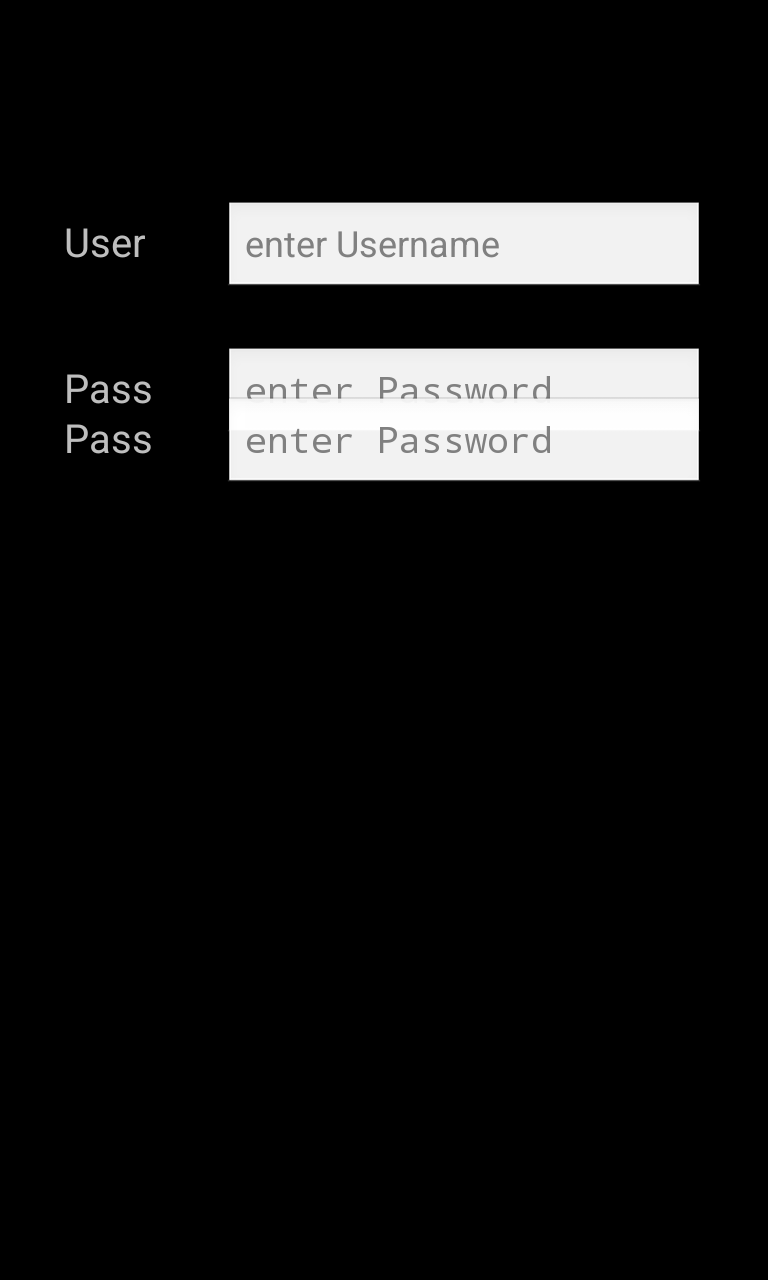
Repository: frebblegameteam/FrebbleApp
Layout: Frebble/libs/res/layout/activity_sign_up.xml
These files come from the project's save history. The layout is drawn as it stood at one moment and after the next save; the edit follows.
It is drawn on a 768 x 1280 px phone screen (xhdpi) without system bars, with theme android:Theme; the app's code is not run.

Above is the layout before, as saved 2014-09-19 08:07:14.

After the next save:
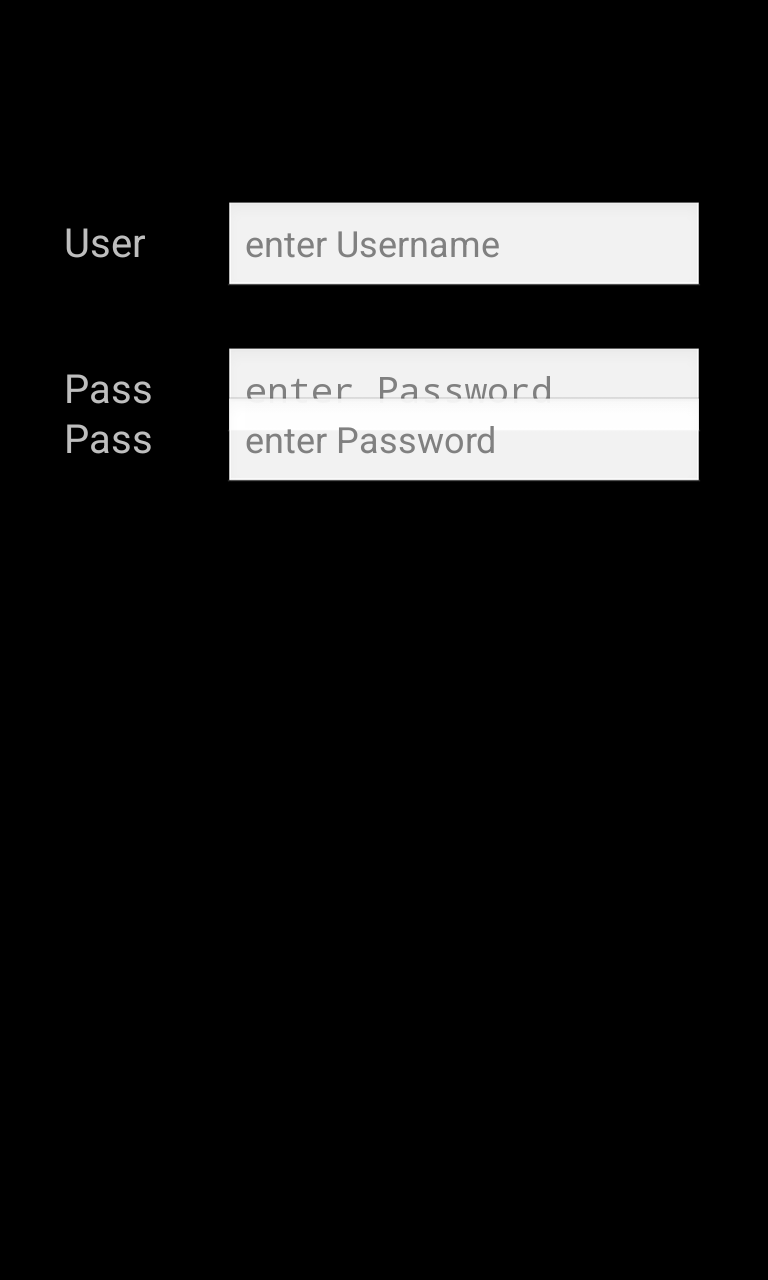
Saved 12 s later.
--- a/Frebble/libs/res/layout/activity_sign_up.xml
+++ b/Frebble/libs/res/layout/activity_sign_up.xml
@@ -61,7 +61,7 @@
         	android:text="@string/Password"/>
 
         <EditText android:id="@+id/emailField"
-            android:inputType="textPassword"
+            android:inputType="textEmail"
             android:layout_width="0dp"
         	android:layout_weight="3"
         	android:layout_height="wrap_content"

After the save that followed:
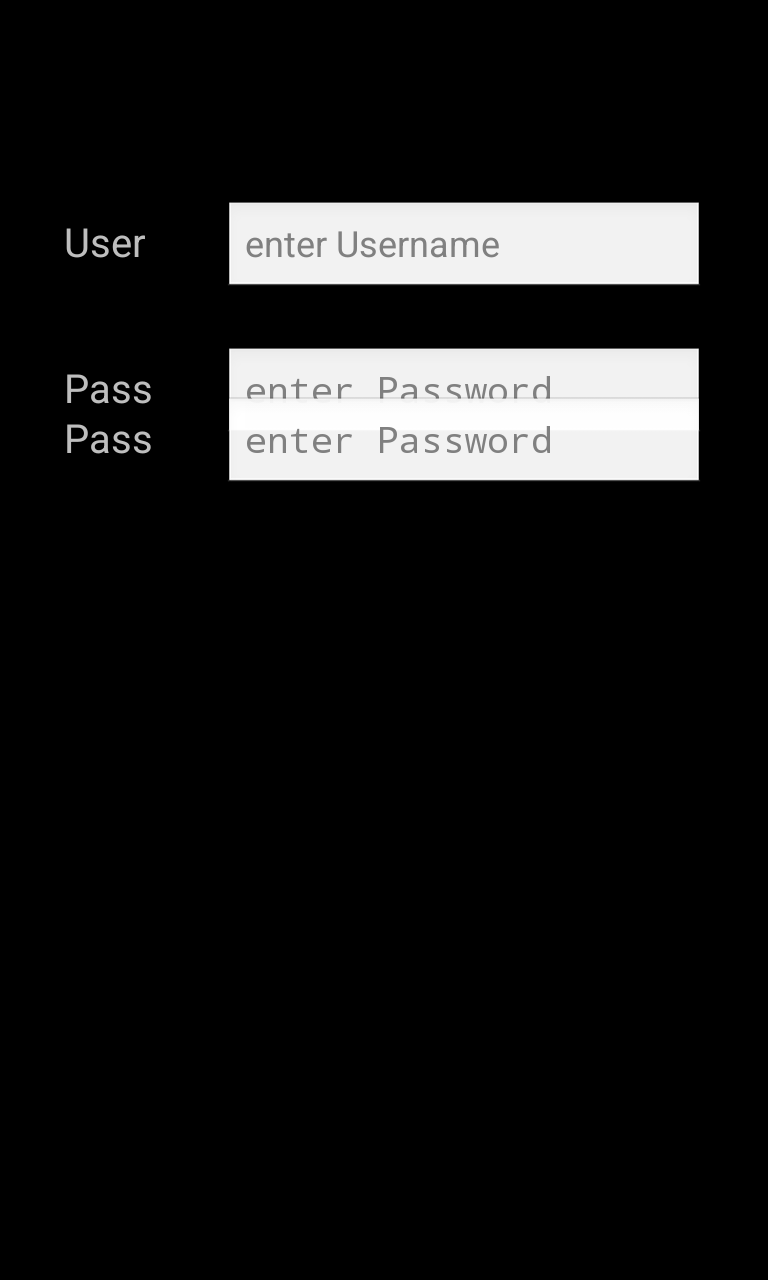
Saved 11 s later.
--- a/Frebble/libs/res/layout/activity_sign_up.xml
+++ b/Frebble/libs/res/layout/activity_sign_up.xml
@@ -61,7 +61,7 @@
         	android:text="@string/Password"/>
 
         <EditText android:id="@+id/emailField"
-            android:inputType="textEmail"
+            android:inputType="textPassword"
             android:layout_width="0dp"
         	android:layout_weight="3"
         	android:layout_height="wrap_content"
